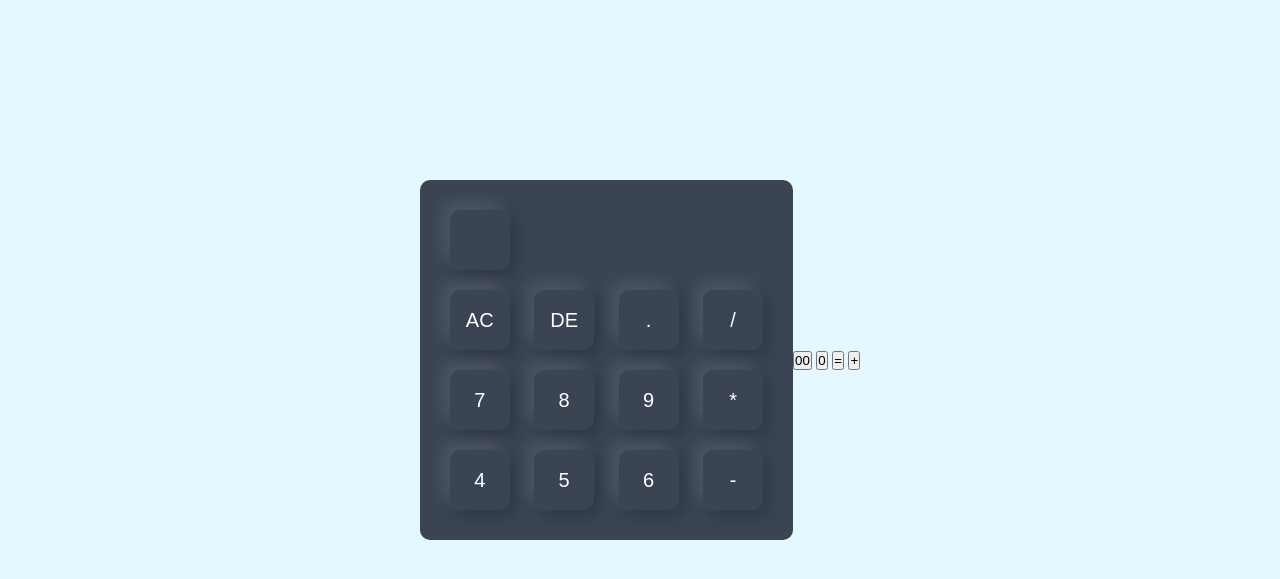
Repository: YAAMAR/calculator
Page: index.html
These files come from the project's save history. The page is drawn as it stood at one moment and after the next save; the edit follows.
The browser window is 1280 px wide. The pictures show the whole page.

Above is the page before, as saved 2024-05-02 21:51:10.

### index.html
<!DOCTYPE html>
<html lang="en">
<head>
    <meta charset="UTF-8">
    <meta name="viewport" content="width=device-width, initial-scale=1.0">
    <title>Calculator using javascript-Easy Tutorials</title>
    <link rel="stylesheet" href="style.css">
</head>
<body>
    <div class="container">
        <div class="calculator">
            <form >
                <div class="display">
                    <input type="text" name="display">
                </div>
                <div>
                    <input type="button" value="AC">
                    <input type="button" value="DE">
                    <input type="button" value=".">
                    <input type="button" value="/">
                </div>
                    <div>
                        <input type="button" value="7">
                        <input type="button" value="8">
                        <input type="button" value="9">
                        <input type="button" value="*">
                    </div>
                    <div>
                        <input type="button" value="4">
                        <input type="button" value="5">
                        <input type="button" value="6">
                        <input type="button" value="-"></div>
                </div>
                <div>
                      <input type="button" value="00">
                    <input type="button" value="0">
                    <input type="button" value="=">
                    <input type="button" value="+">
                </div>


            </form>

        </div>
    </div>
</body>
</html>

### style.css
*{
    margin: 0;
    padding: 0;
    font-family: 'poppies',sans-serif;
    box-sizing: border-box;
}
.container{
    width: 100%;
    height: 100vh;
    background: #e3f9ff;
    display: flex;
    align-items: center;
    justify-content: center;
}
.calculator{
    background: #3a4452;
    padding: 20px;
    border-radius: 10px;
}
.calculator form input{
    border: 0;
    outline: 0;
    width: 60px;
    height: 60px;
    border-radius: 10px;
    box-shadow: -8px -8px 15px rgba(255, 255, 255, 0.1),5px 5px 15px rgba(0, 0, 0, 0.2);
    background: transparent;
    font-size: 20px;
    color: #fff;
    cursor: pointer;
    margin: 10px;
}
form.display{
    display: flex;
    justify-content: flex-end;
    margin: 20px 0;
}
form.display input{
    text-align: right;
    flex: 1;
    font-size: 45px;
    box-shadow: none;
}

After the next save:
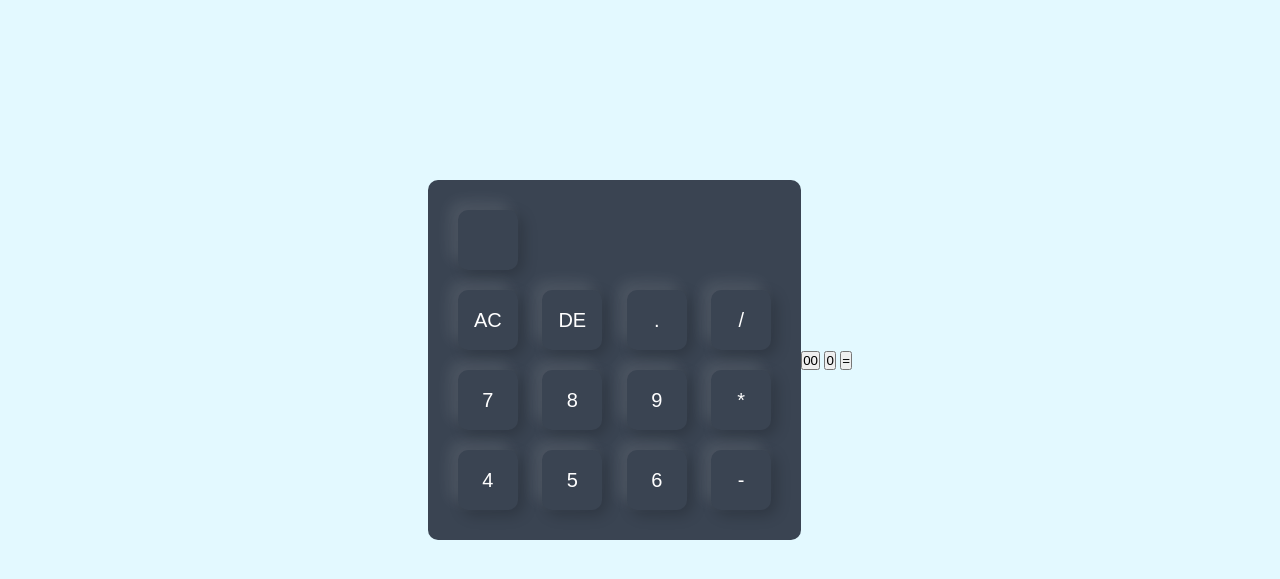
Saved 4 min 3 s later.
--- a/index.html
+++ b/index.html
@@ -35,7 +35,8 @@
                       <input type="button" value="00">
                     <input type="button" value="0">
                     <input type="button" value="=">
-                    <input type="button" value="+">
+
+
                 </div>
 
 
